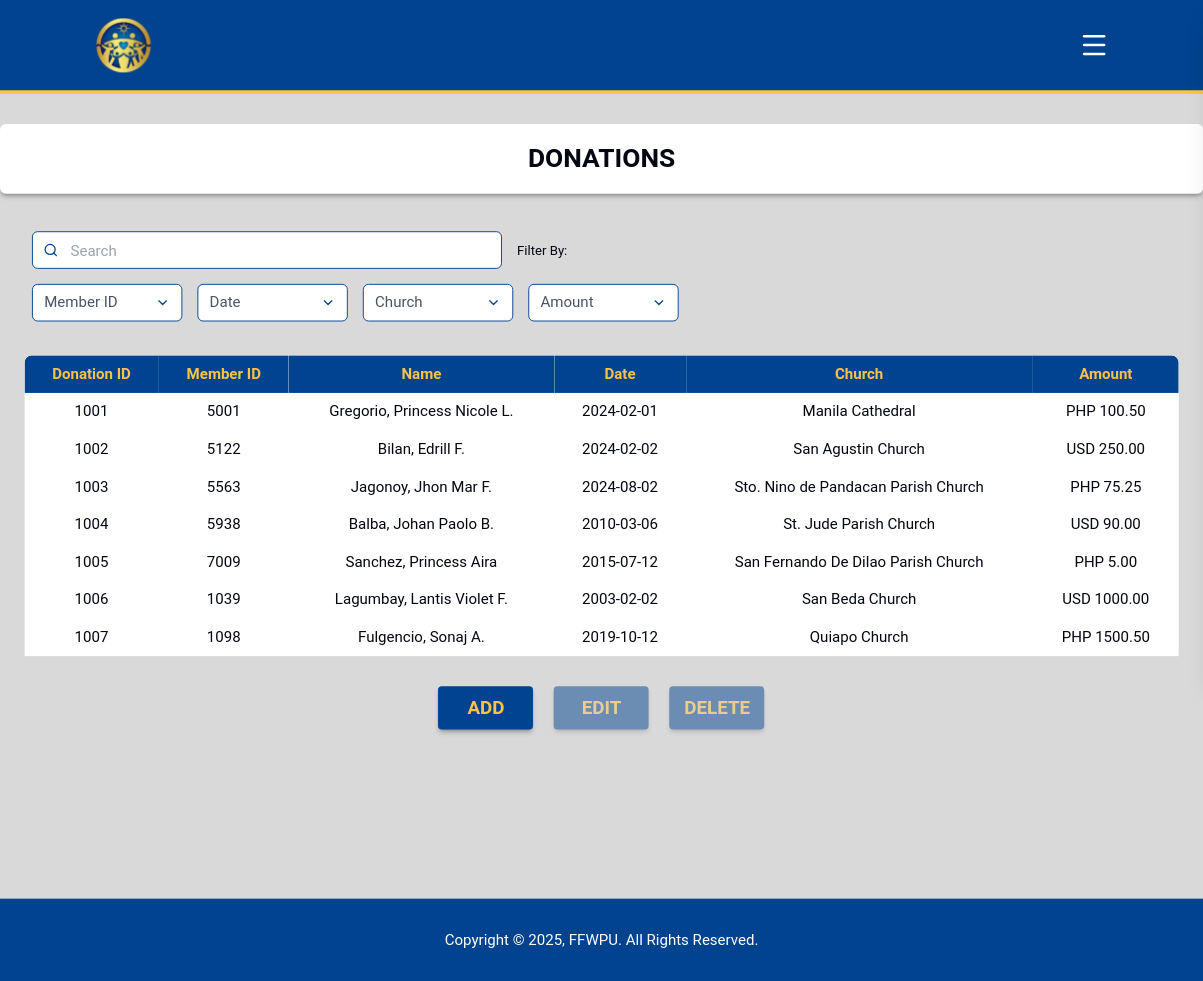
Repository: CoderTofu/FFWPU_System
Page: /donation
These files come from the project's save history. The page is drawn as it stood at one moment and after the next save; the edit follows.
The browser window is 1280 px wide. The pictures show the whole page, at 94% of full size.
The project was rebuilt for these pictures with package versions that can differ from the ones it lists, and the page was loaded fresh each time. The framework's server and built-in components were replaced by stand-ins that run in the browser. Also part of the build but not shown: next.config.ts, src/components/NavbarPublic.tsx, src/components/FooterPublic.tsx, src/lib/utils.ts, src/components/ui/dialog.tsx, src/components/ui/button.tsx, src/components/Modal.tsx.

Above is the page before, as saved 2025-03-07 07:18:14.

After the next save:
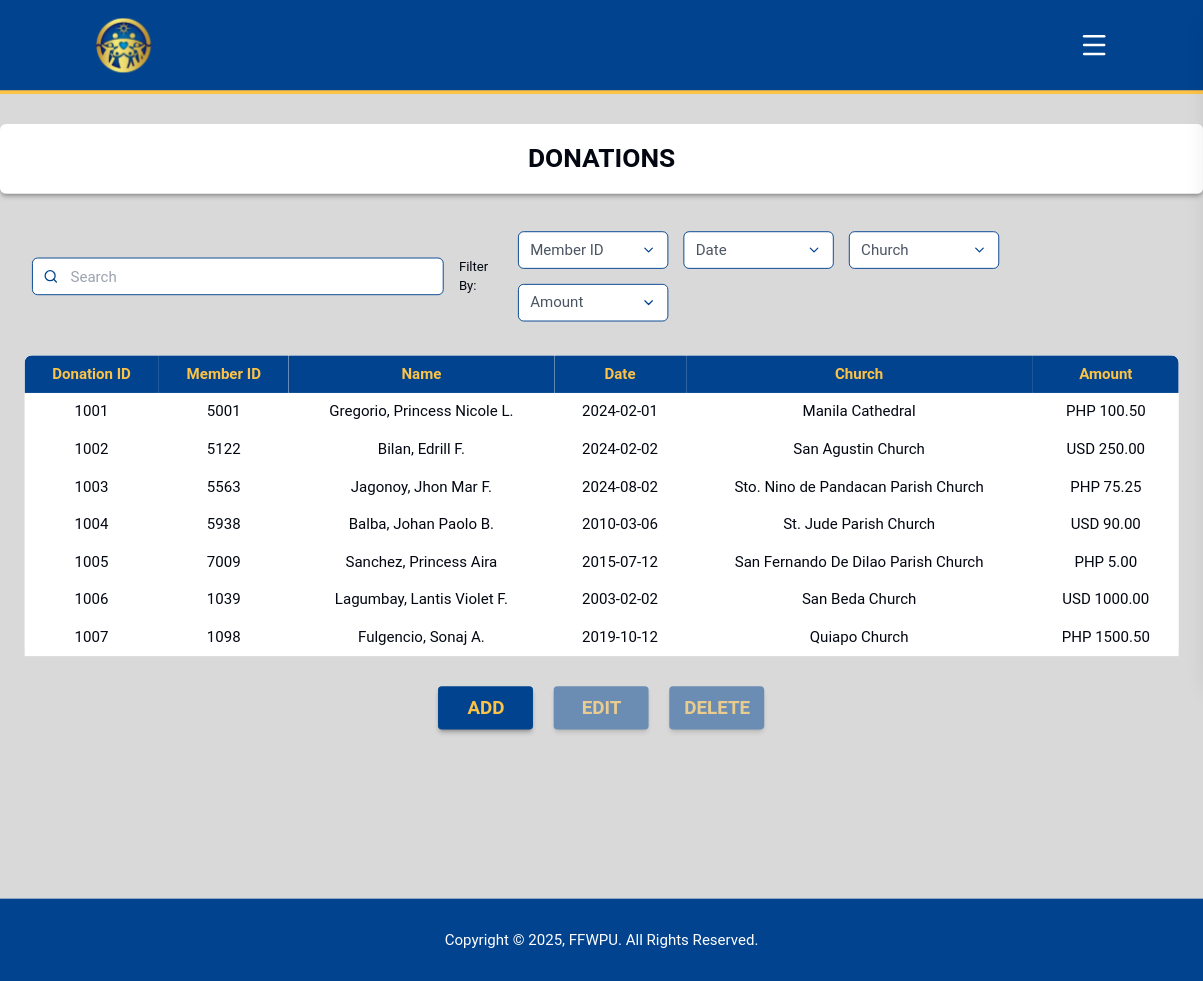
Saved 46 s later.
--- a/src/components/DonationModals.tsx
+++ b/src/components/DonationModals.tsx
@@ -53,7 +53,7 @@
   };
 
   return (
-    <div className="flex flex-wrap items-center gap-4">
+    <div className="flex items-center gap-4">
       <div className="relative w-auto sm:w-[250px] md:w-[300px] lg:w-[500px]">
         <Search className="absolute left-3 top-1/2 transform -translate-y-1/2 w-4 h-4 text-[#01438F]" />
         <input
